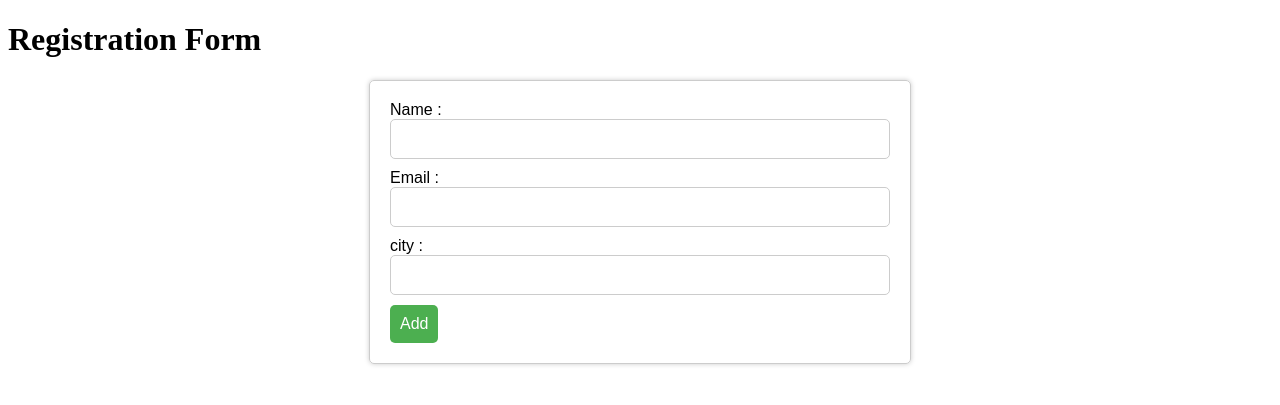
Repository: UnmeshNarayanKadam/JAVA-SPRING-HIBERNATE-PROGRAM
Page: http://localhost/spring-webapp/addCustomer.jsp
An editor plug-in stored every save of this project. The page is shown before and after a run of saves, followed by the edit.
The browser window is 1280 px wide. The pictures show the whole page.
The page is served by Tomcat 9.

Above is the page before, as saved 2023-02-27 05:42:46.

After the next 2 saves:
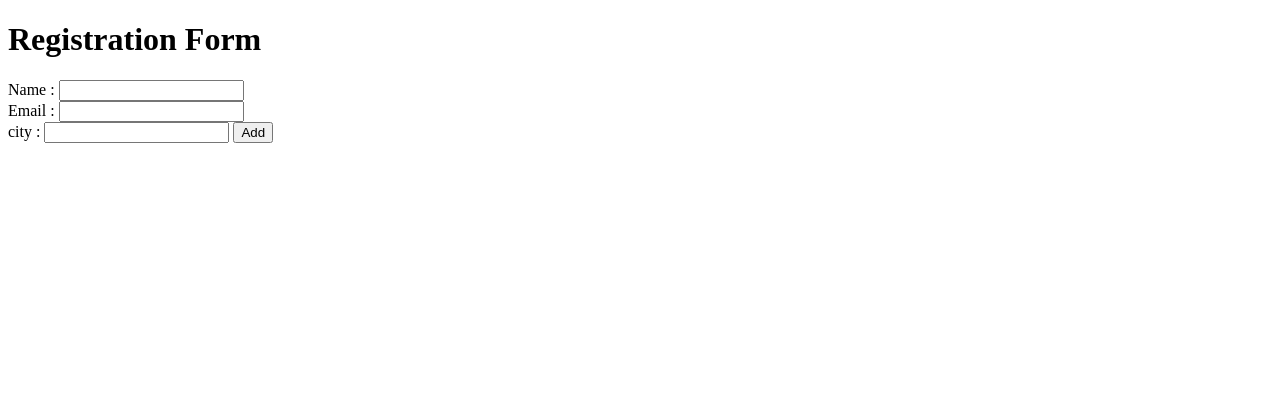
The 2 saves are shown as one change because they came seconds apart.
The last was saved 11 s later.
--- a/spring-webapp/src/main/webapp/addCustomer.jsp
+++ b/spring-webapp/src/main/webapp/addCustomer.jsp
@@ -5,43 +5,6 @@
 <head>
 <meta charset="ISO-8859-1">
 <title>Insert title here</title>
-<style>
-form {
-	width: 500px;
-	margin: 0 auto;
-	padding: 20px;
-	border: 1px solid #ccc;
-	border-radius: 5px;
-	box-shadow: 0 0 5px #ccc;
-	font-family: Arial, sans-serif;
-}
-
-input {
-	padding: 10px;
-	border: 1px solid #ccc;
-	border-radius: 5px;
-	margin-bottom: 10px;
-	width: 100%;
-	box-sizing: border-box;
-	font-size: 16px;
-	font-family: Arial, sans-serif;
-}
-
-button[type="submit"] {
-	background-color: #4CAF50;
-	color: white;
-	padding: 10px;
-	border: none;
-	border-radius: 5px;
-	cursor: pointer;
-	font-size: 16px;
-	font-family: Arial, sans-serif;
-}
-
-button[type="submit"]:hover {
-	background-color: #3e8e41;
-}
-</style>
 </head>
 <body>
 	<div class="mainDiv">
